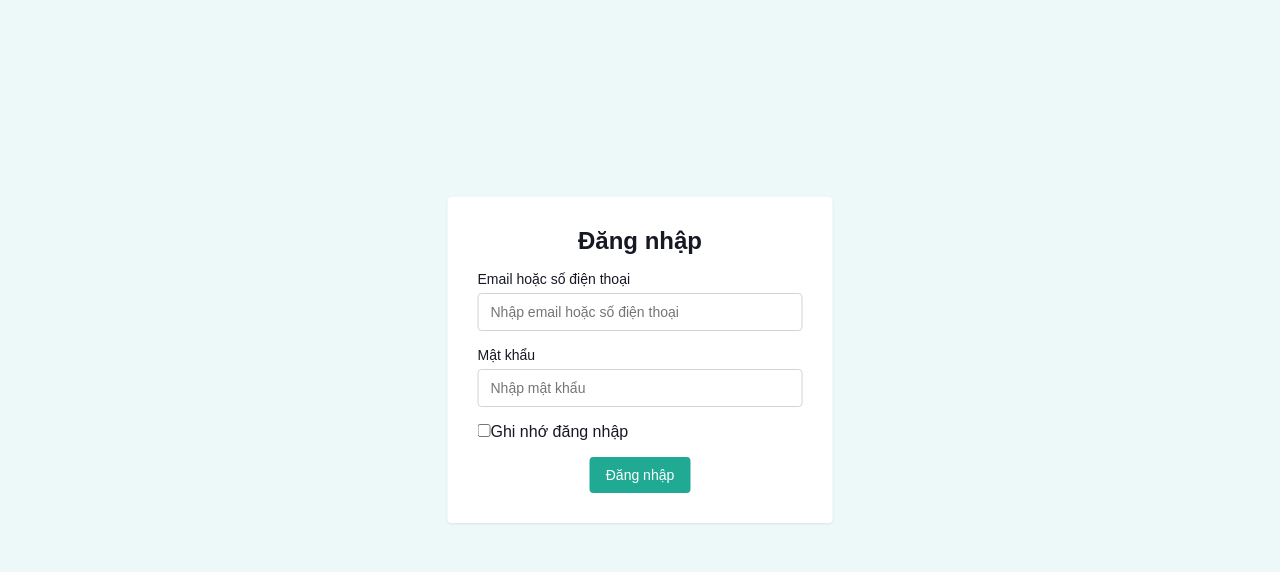
Repository: ntq25012002/chat-app
Page: /login
These files come from the project's save history. The page is drawn as it stood at one moment and after the next save; the edit follows.
The browser window is 1280 px wide. The pictures show the whole page.
The project was rebuilt for these pictures with package versions that can differ from the ones it lists, and the page was loaded fresh each time. Also part of the build but not shown: src/pages/Home/index.js, src/pages/Profile/index.js, src/layouts/components/SideBar/index.js, src/layouts/DefaultLayout/index.js.

Above is the page before, as saved 2023-05-19 11:05:12.

After the next save:
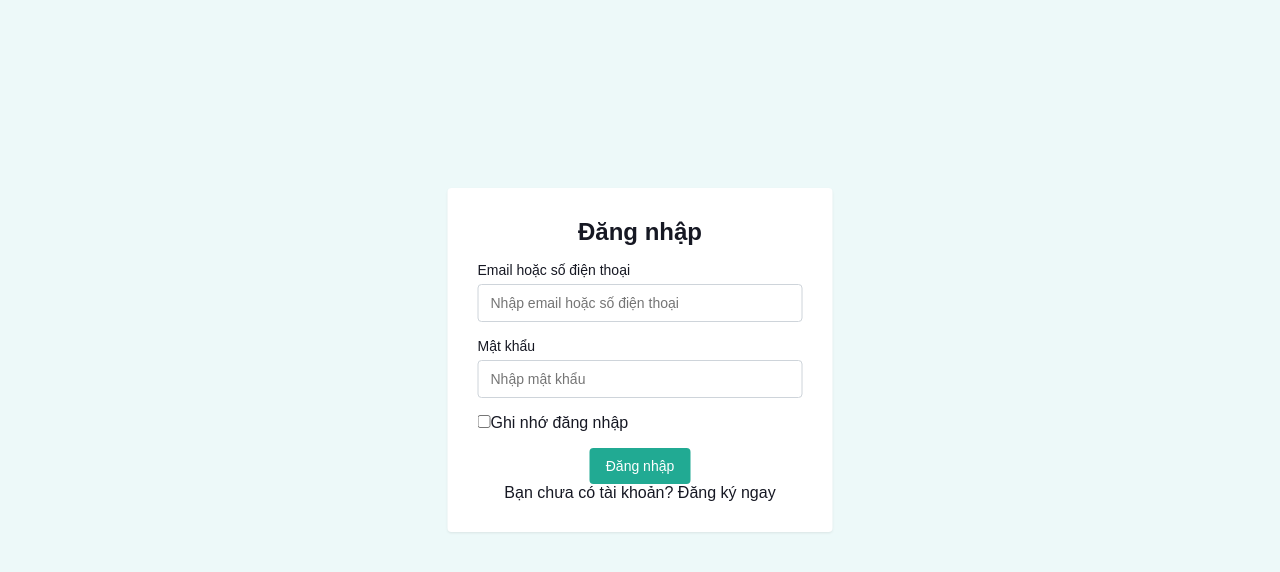
Saved 3 min 18 s later.
--- a/src/pages/Login/index.js
+++ b/src/pages/Login/index.js
@@ -29,6 +29,10 @@ function Login() {
                                 </div>
                             </div>
                             <button className={cx('btn-submit')}>Đăng nhập</button>
+
+                            <div>
+                                <span>Bạn chưa có tài khoản? </span> <a href="">Đăng ký ngay</a>
+                            </div>
                         </form>
                     </div>
                 </div>
